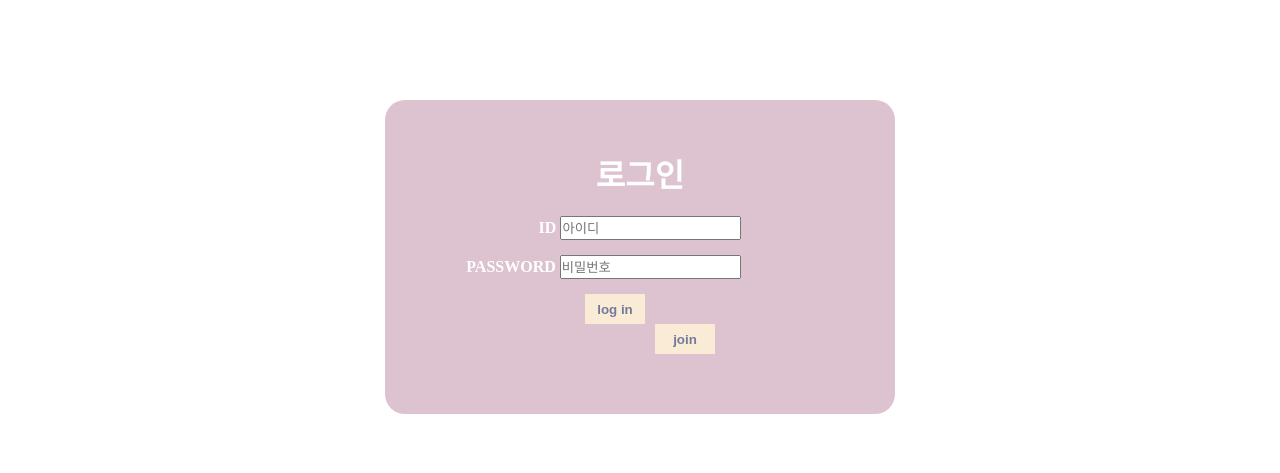
Repository: kayoyo/jsp
Page: http://localhost/BoardWeb_4/login
The author's editor kept a copy of each file at every save. The page is drawn from the files as they stood at one save, then again after the next save.
The browser window is 1280 px wide. The pictures show the whole page.
The page is served by Tomcat 9. Other server files are loaded and not shown.

Above is the page before, as saved 2020-08-28 06:43:07.

### BoardWeb_4/WebContent/WEB-INF/jsp/user/login.jsp
<%@ page language="java" contentType="text/html; charset=UTF-8"
    pageEncoding="UTF-8"%>
<!DOCTYPE html>
<html>
<head>
<meta charset="UTF-8">
<style>
* { margin:0; padding: 0; }
 a {text-decoration:none; color: black;}
 .err {color: #585858;}
 #container {width: 450px; background-color: #ddc3d0;
 			margin: 0 auto; padding:30px; text-align:center; margin-top: 100px; border-radius: 20px 20px 20px 20px;}
 h1 {margin: 20px; color: white;}
 .pw {margin-right: 73px;}
 .pw, .id {color: white; margin-bottom: 15px; font-weight:bold;}
 input {height : 20px;}
 #loginBtn {width: 60px; height: 30px; margin-left: -50px;
 		color: #727A9A; background-color: #faebd7; font-weight:bold; border:none;}
 #joinBtn {width: 60px; height: 30px; margin-left: 90px;
 		color: #727A9A; background-color: #faebd7; font-weight:bold; border:none; margin-bottom: 30px}



</style>
<title>로그인</title>
</head>
<body>
	<div id="container">
	<h1>로그인</h1>
	<div class="err">${msg}</div>
<form action="/login" method="post" id="logFrom">
<div class="id">ID
<input type="text" name="user_id" placeholder="아이디" value="${data.user_id}"></div>
	<div class="pw">PASSWORD
	<input type="password" name="user_pw" placeholder="비밀번호"></div>
	<input type="submit" value="log in" id="loginBtn">
	</form>
	<div class="join">
	<a href="/join"><button id="joinBtn">join</button></a>
	</div>
	</div>
</body>
</html>

### BoardWeb_4/src/com/koreait/pjt/user/LoginSer.java
package com.koreait.pjt.user;

import java.io.IOException;
import javax.servlet.ServletException;
import javax.servlet.annotation.WebServlet;
import javax.servlet.http.HttpServlet;
import javax.servlet.http.HttpServletRequest;
import javax.servlet.http.HttpServletResponse;
import javax.servlet.http.HttpSession;

import com.koreait.pjt.Const;
import com.koreait.pjt.MyUtils;
import com.koreait.pjt.ViewResolver;
import com.koreait.pjt.db.UserDAO;
import com.koreait.pjt.vo.LoginHistroryVO;
import com.koreait.pjt.vo.UserVO;


@WebServlet("/login")
public class LoginSer extends HttpServlet {
	private static final long serialVersionUID = 1L;


	protected void doGet(HttpServletRequest request, HttpServletResponse response) throws ServletException, IOException {
		if(request.getRemoteAddr().equals("192.168.2.6")) {
			response.sendRedirect("/blockip");
		}

		ViewResolver.forword("user/login", request, response);
	}
	protected void doPost(HttpServletRequest request, HttpServletResponse response) throws ServletException, IOException {

		String user_id = request.getParameter("user_id");
		String user_pw = request.getParameter("user_pw");
		String encrypt_pw = MyUtils.encryptString(user_pw);

		UserVO param = new UserVO();
		param.setUser_id(user_id);
		param.setUser_pw(encrypt_pw);

		int result = UserDAO.login(param); //param의 주소값

		if(result !=1) {
			request.setAttribute("data", param);
			switch(result) {
			case 2 : request.setAttribute("msg", "비밀번호가 다릅니다");
			break;
			case 3 : request.setAttribute("msg", "아이디가 다릅니다");
			break;
			default : request.setAttribute("msg", "로그인을 실패했습니다");
			}
			param = null;
			doGet(request, response);
			return;
		}

		//로그인 히스토리 기록
		String agent = request.getHeader("User-Agent");
		System.out.println("agent : " + agent);
		String os = getOs(agent);
		String browser = getBrowser(agent);
		String ip_addr = request.getRemoteAddr();

		System.out.println("os : " + os);
		System.out.println("browser : " + browser);
		System.out.println("ip_addr : " + ip_addr);

		LoginHistroryVO ulhVO = new LoginHistroryVO();
		ulhVO.setI_user(param.getI_user());
		ulhVO.setOs(os);
		ulhVO.setIp_addr(ip_addr);
		ulhVO.setBrowser(browser);
		UserDAO.insUserLoginHistory(ulhVO);


		HttpSession hs = request.getSession();
		hs.setAttribute(Const.LOGIN_USER, param);

		System.out.println("로그인 성공");
		response.sendRedirect("/board/list");

	}
	private String getBrowser(String agent) {
		if(agent.toLowerCase().contains("msie")) {
			return "IE";
		} else if(agent.toLowerCase().contains("chrome")) {
			return "chrome";
		} else if(agent.toLowerCase().contains("safari")) {
			return "safari";
		}
		return "";
	}
	private String getOs(String agent) {

		if(agent.contains("mac")) {
			return "mac";
		} else if(agent.toLowerCase().contains("windows")) {
			return "windows";
		} else if(agent.toLowerCase().contains("x11")) {
			return "linux";
		} else if(agent.toLowerCase().contains("android")) {
			return "android";
		} else if(agent.toLowerCase().contains("iphone")) {
			return "ios";
		}
		return "";
	}

}

### BoardWeb_4/src/com/koreait/pjt/ViewResolver.java
package com.koreait.pjt;

import java.io.IOException;

import javax.servlet.ServletException;
import javax.servlet.http.HttpServlet;
import javax.servlet.http.HttpServletRequest;
import javax.servlet.http.HttpServletResponse;

public class ViewResolver {
	public static void forword(String fileNm, HttpServletRequest request, HttpServletResponse response) throws ServletException, IOException{
		String jsp = String.format("/WEB-INF/jsp/%s.jsp", fileNm);
		request.getRequestDispatcher(jsp).forward(request, response);

	}

	//로그인 체크
	public static void forwordLoginChk(String fileNm, HttpServletRequest request, HttpServletResponse response) throws ServletException, IOException {

		if(MyUtils.isLogout(request)) {
			response.sendRedirect("/login"); //로그인이 안되어 있을 때
			return;
		}
		ViewResolver.forword(fileNm, request, response);
	}

}

After the next save:
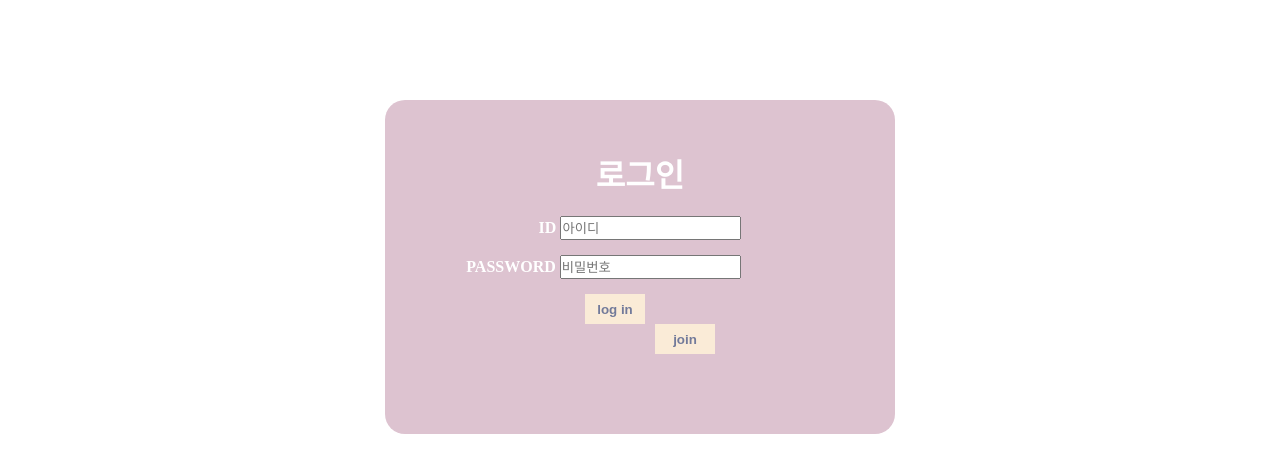
Saved 10 s later.
--- a/BoardWeb_4/WebContent/WEB-INF/jsp/user/login.jsp
+++ b/BoardWeb_4/WebContent/WEB-INF/jsp/user/login.jsp
@@ -17,7 +17,7 @@
  #loginBtn {width: 60px; height: 30px; margin-left: -50px;
  		color: #727A9A; background-color: #faebd7; font-weight:bold; border:none;}
  #joinBtn {width: 60px; height: 30px; margin-left: 90px;
- 		color: #727A9A; background-color: #faebd7; font-weight:bold; border:none; margin-bottom: 30px}
+ 		color: #727A9A; background-color: #faebd7; font-weight:bold; border:none; margin-bottom: 50px;}
 
 
 
